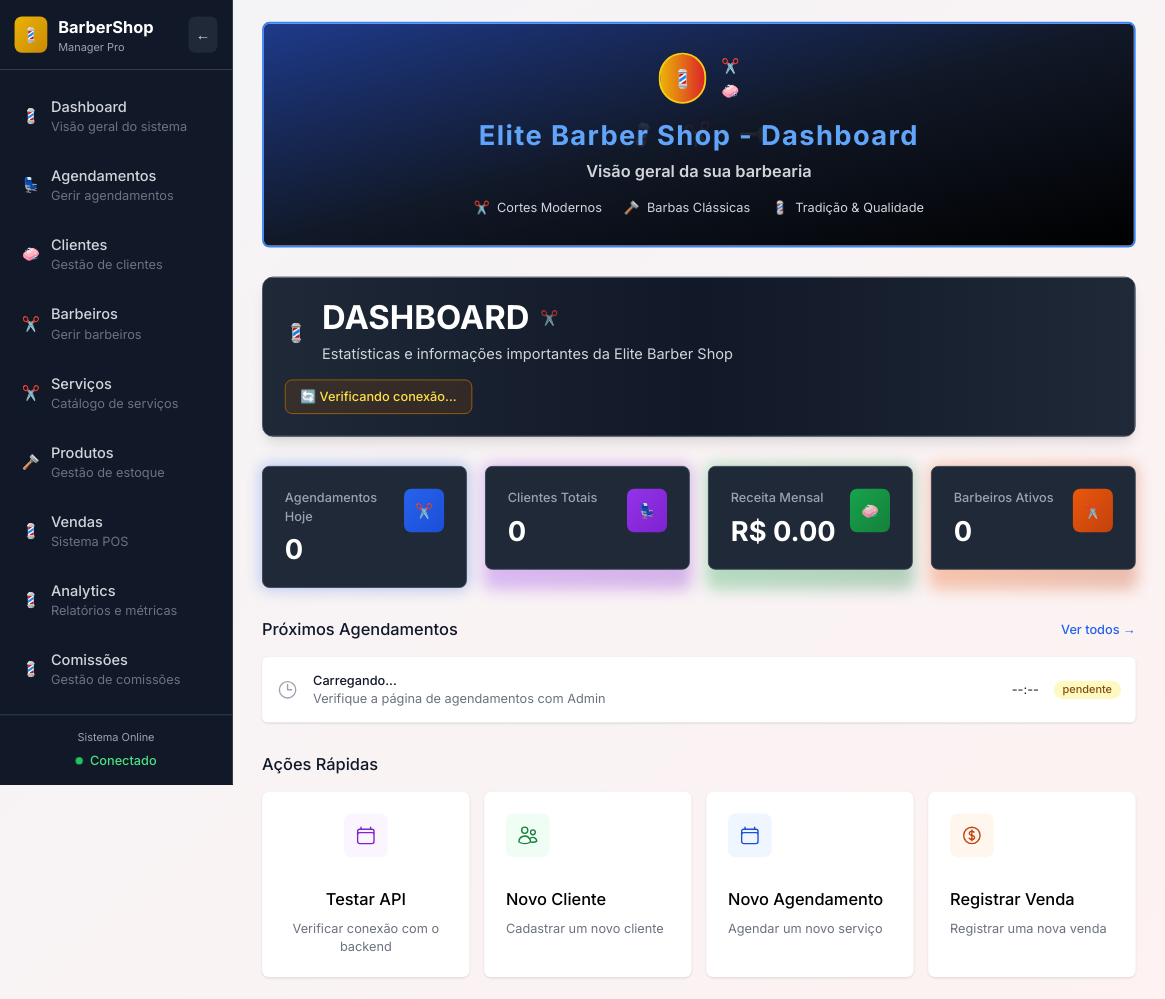
Repository: MichelAlmeida1990/App-Barber-
Page: /admin (app in frontend/)
The author's editor kept a copy of each file at every save. The page is drawn from the files as they stood at one save, then again after the next save.
The browser window is 1280 px wide. The pictures show the whole page, at 91% of full size.
The project was rebuilt for these pictures with package versions that can differ from the ones it lists, and the page was loaded fresh each time. The framework's server and built-in components were replaced by stand-ins that run in the browser. Also part of the build but not shown: frontend/next.config.js, frontend/next.config.ts.

Above is the page before, as saved 2026-02-11 17:36:50.

After the next save:
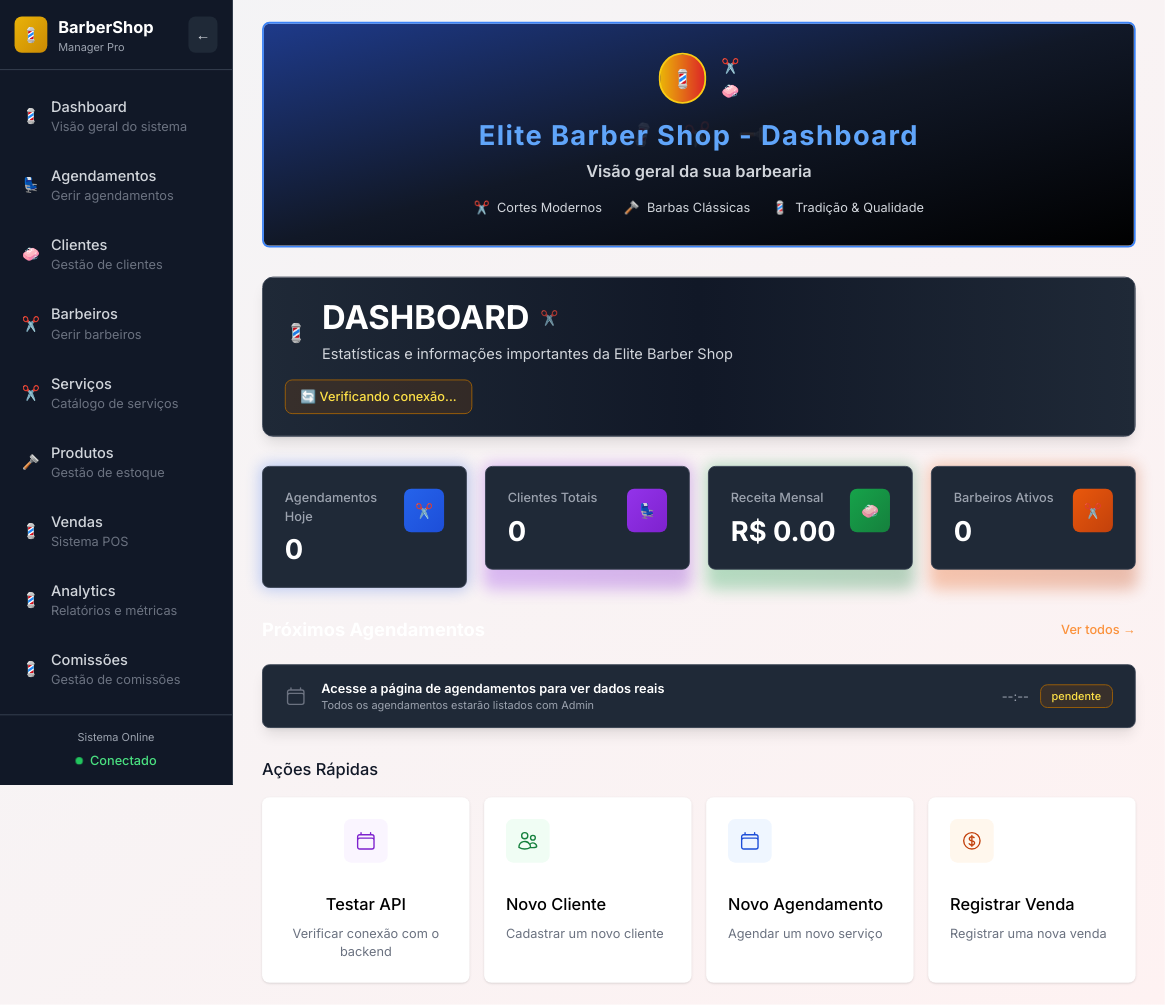
Saved 12 s later.
--- a/frontend/src/app/admin/page.tsx
+++ b/frontend/src/app/admin/page.tsx
@@ -375,37 +375,37 @@ export default function AdminDashboard() {
       )}
 
       {/* Próximos Agendamentos */}
-      <div className="mt-6 sm:mt-8">
-        <h2 className="text-base sm:text-lg font-medium text-gray-900 mb-3 sm:mb-4 flex items-center justify-between">
+      <div className="mb-8">
+        <h2 className="text-xl font-bold text-white mb-6 flex items-center justify-between">
           Próximos Agendamentos
           <Link
             href="/admin/appointments"
-            className="text-sm text-blue-600 hover:text-blue-800"
+            className="text-sm text-orange-400 hover:text-orange-300 font-medium"
           >
             Ver todos →
           </Link>
         </h2>
-        <div className="bg-white shadow overflow-hidden sm:rounded-md">
-          <ul className="divide-y divide-gray-200">
+        <div className="bg-gray-800 border border-gray-700 shadow-lg rounded-lg overflow-hidden">
+          <ul className="divide-y divide-gray-700">
             {[
-              { id: 1, cliente: 'Carregando...', servico: 'Verifique a página de agendamentos', barbeiro: 'Admin', horario: '--:--', status: 'pendente' },
+              { id: 1, cliente: 'Acesse a página de agendamentos para ver dados reais', servico: 'Todos os agendamentos estarão listados', barbeiro: 'Admin', horario: '--:--', status: 'pendente' },
             ].map((agendamento) => (
               <li key={agendamento.id}>
-                <div className="px-3 sm:px-4 py-3 sm:py-4 flex flex-col sm:flex-row sm:items-center sm:justify-between gap-2 sm:gap-0">
+                <div className="px-6 py-4 flex flex-col sm:flex-row sm:items-center sm:justify-between gap-3">
                   <div className="flex items-center flex-1 min-w-0">
                     <div className="flex-shrink-0">
-                      <ClockIcon className="h-5 w-5 sm:h-6 sm:w-6 text-gray-400" />
+                      <CalendarIcon className="h-6 w-6 text-gray-500" />
                     </div>
-                    <div className="ml-3 sm:ml-4 flex-1 min-w-0">
-                      <div className="text-sm font-medium text-gray-900 truncate">{agendamento.cliente}</div>
-                      <div className="text-xs sm:text-sm text-gray-500 truncate">{agendamento.servico} com {agendamento.barbeiro}</div>
+                    <div className="ml-4 flex-1 min-w-0">
+                      <div className="text-sm font-semibold text-white truncate">{agendamento.cliente}</div>
+                      <div className="text-xs text-gray-400 truncate">{agendamento.servico} com {agendamento.barbeiro}</div>
                     </div>
                   </div>
-                  <div className="flex items-center justify-between sm:justify-end gap-2 sm:gap-0">
-                    <div className="text-xs sm:text-sm text-gray-900 sm:mr-4">{agendamento.horario}</div>
+                  <div className="flex items-center justify-between sm:justify-end gap-3">
+                    <div className="text-sm text-gray-400">{agendamento.horario}</div>
                     <span className={classNames(
-                      agendamento.status === 'confirmado' ? 'bg-green-100 text-green-800' : 'bg-yellow-100 text-yellow-800',
-                      'inline-flex items-center px-2 sm:px-2.5 py-0.5 rounded-full text-xs font-medium flex-shrink-0'
+                      agendamento.status === 'confirmado' ? 'bg-green-900/30 text-green-300 border-green-700' : 'bg-yellow-900/30 text-yellow-300 border-yellow-700',
+                      'inline-flex items-center px-3 py-1 rounded-lg text-xs font-medium border flex-shrink-0'
                     )}>
                       {agendamento.status}
                     </span>
